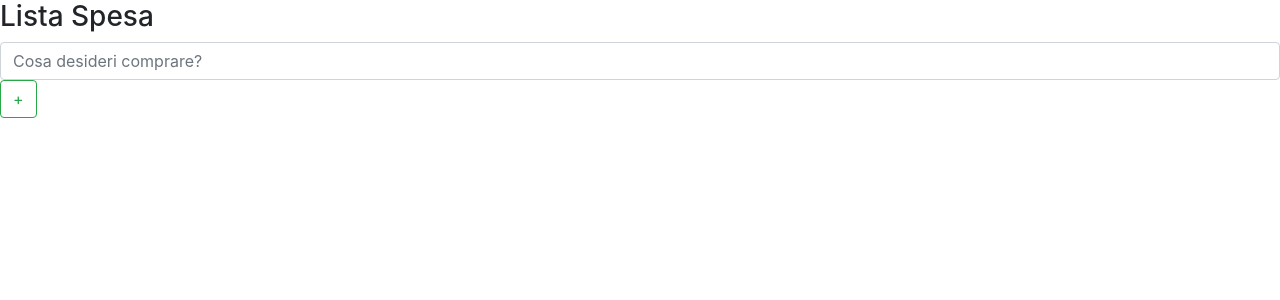
Repository: andreadipilato/TodoList
Page: /
These files come from the project's save history. The page is drawn as it stood at one moment and after the next save; the edit follows.
The browser window is 1280 px wide. The pictures show the whole page.
The project was rebuilt for these pictures with package versions that can differ from the ones it lists, and the page was loaded fresh each time. Also part of the build but not shown: src/App.css.

Above is the page before, as saved 2020-12-04 16:19:36.

After the next save:
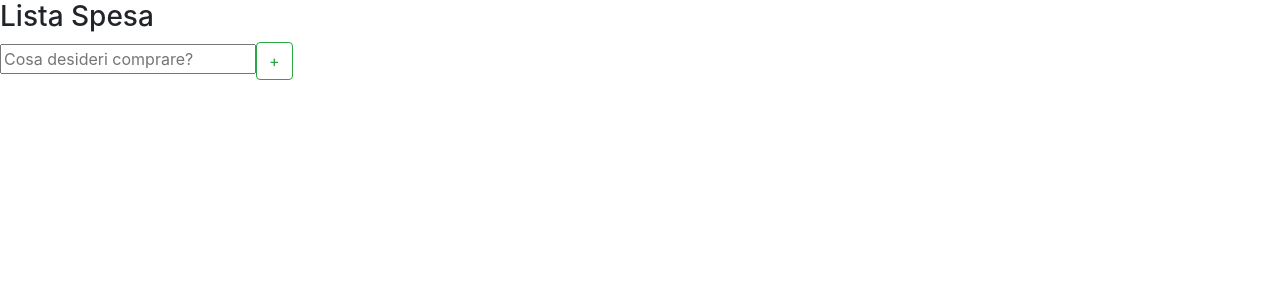
Saved 33 s later.
--- a/src/Cerca.js
+++ b/src/Cerca.js
@@ -14,7 +14,7 @@
         return (
                 <form className = "searchbar" onSubmit = {this.addElement}>
                     <input
-                        className = "form-control mr-sm-2"
+                        className = "search"
                         type = "text"
                         placeholder = "Cosa desideri comprare?"
                         aria-label = "Search"
